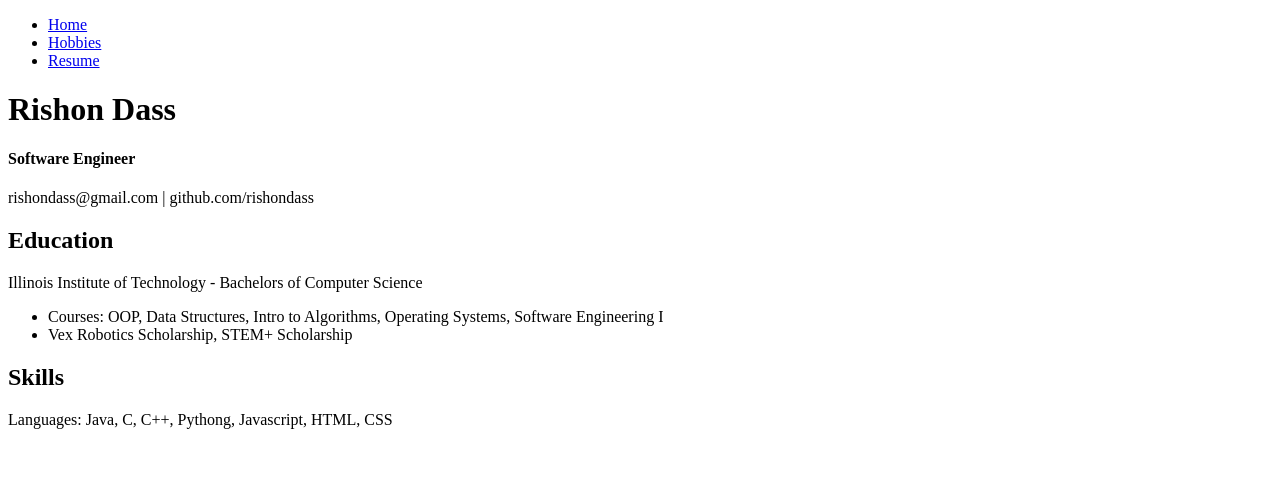
Repository: rishondass/ITMD361-Project1
Page: resume.html
These files come from the project's save history. The page is drawn as it stood at one moment and after a run of saves; the edit follows.
The browser window is 1280 px wide. The pictures show the whole page.

Above is the page before, as saved 2023-02-22 15:21:35.

### resume.html
<!DOCTYPE html>
<html lang="en">
<head>
    <meta charset="UTF-8">
    <meta name="viewport" content="width=device-width, initial-scale=1.0">
    <title>Resume</title>
</head>
<body>
    <nav>
        <ul>
            <li>
                <a href="index.html">Home</a>
            </li>
            <li>
                <a href="hobbies.html">Hobbies</a>
            </li>
            <li>
                <a href="resume.html">Resume</a>
            </li>
        </ul>
    </nav>
    <div>
        <h1>
            Rishon Dass
        </h1>
        <h4>
            Software Engineer
        </h4>
        <p>
            rishondass@gmail.com | github.com/rishondass
        </p>
    </div>
    <div>
        <h2>
            Education
        </h2>
        <p>
            Illinois Institute of Technology - Bachelors of Computer Science
        </p>
        <ul>
            <li>
                Courses: OOP, Data Structures, Intro to Algorithms, Operating Systems, Software Engineering I
            </li>
            <li>
                Vex Robotics Scholarship, STEM+ Scholarship
            </li>
        </ul>
    </div>
    <div>
        <h2>
            Skills
        </h2>
        <p>
            Languages: Java, C, C++, Pythong, Javascript, HTML, CSS
        </p>
    </div>
</body>
</html>

After the next 2 saves:
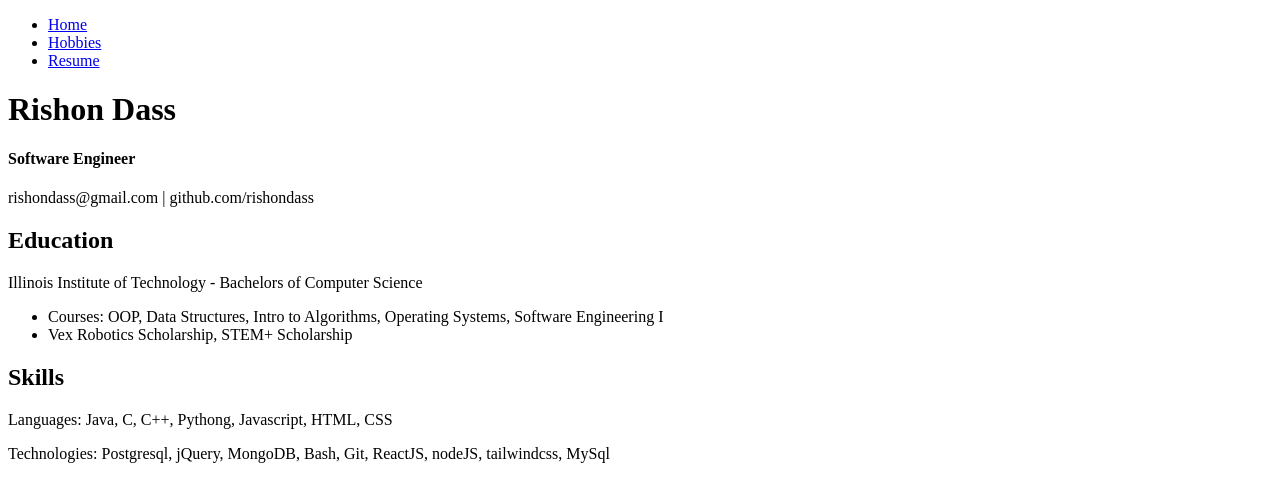
The 2 saves are shown as one change because they came seconds apart.
The last was saved 32 s later.
--- a/resume.html
+++ b/resume.html
@@ -53,6 +53,9 @@
         <p>
             Languages: Java, C, C++, Pythong, Javascript, HTML, CSS
         </p>
+        <p>
+            Technologies: Postgresql, jQuery, MongoDB, Bash, Git, ReactJS, nodeJS, tailwindcss, MySql
+        </p>
     </div>
 </body>
 </html>
